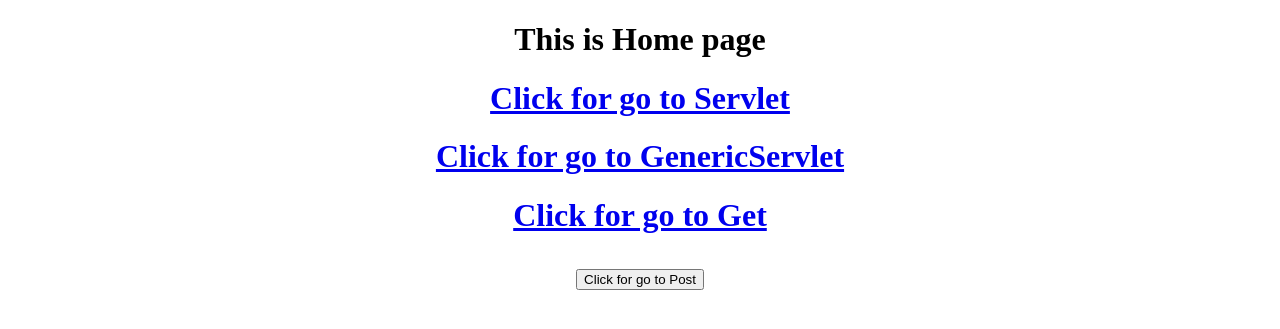
Repository: Hashim-Ansari-82/Servlet-And-JSP
Page: 2nd-Servlet-Demo/src/main/webapp/index.html
These files come from the project's save history. The page is drawn as it stood at one moment and after the next save; the edit follows.
The browser window is 1280 px wide. The pictures show the whole page.

Above is the page before, as saved 2026-06-03 18:45:10.

After the next save:
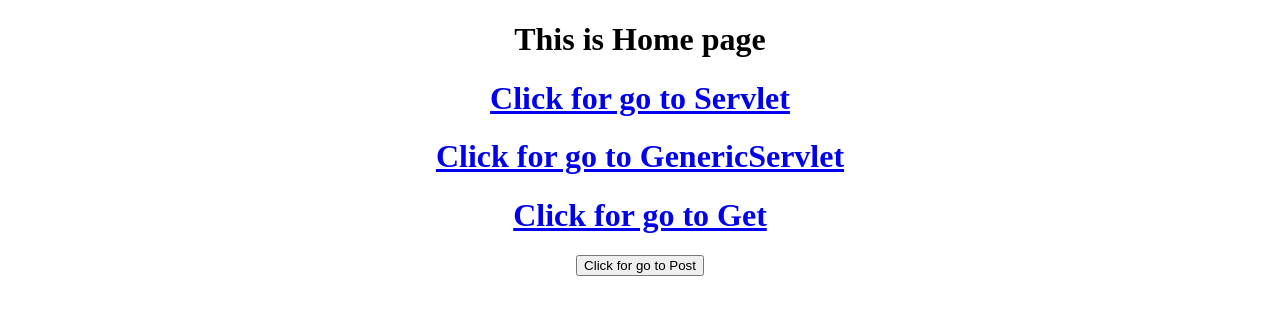
Saved 23 s later.
--- a/2nd-Servlet-Demo/src/main/webapp/index.html
+++ b/2nd-Servlet-Demo/src/main/webapp/index.html
@@ -16,10 +16,11 @@
 <h1>
 <a href="third">Click for go to Get</a>
 </h1>
+
 <form action="third" method="post">
-<h1>
+
 <button type="submit">Click for go to Post</button>
-</h1>
+
 </form>
 </div>
 </body>
